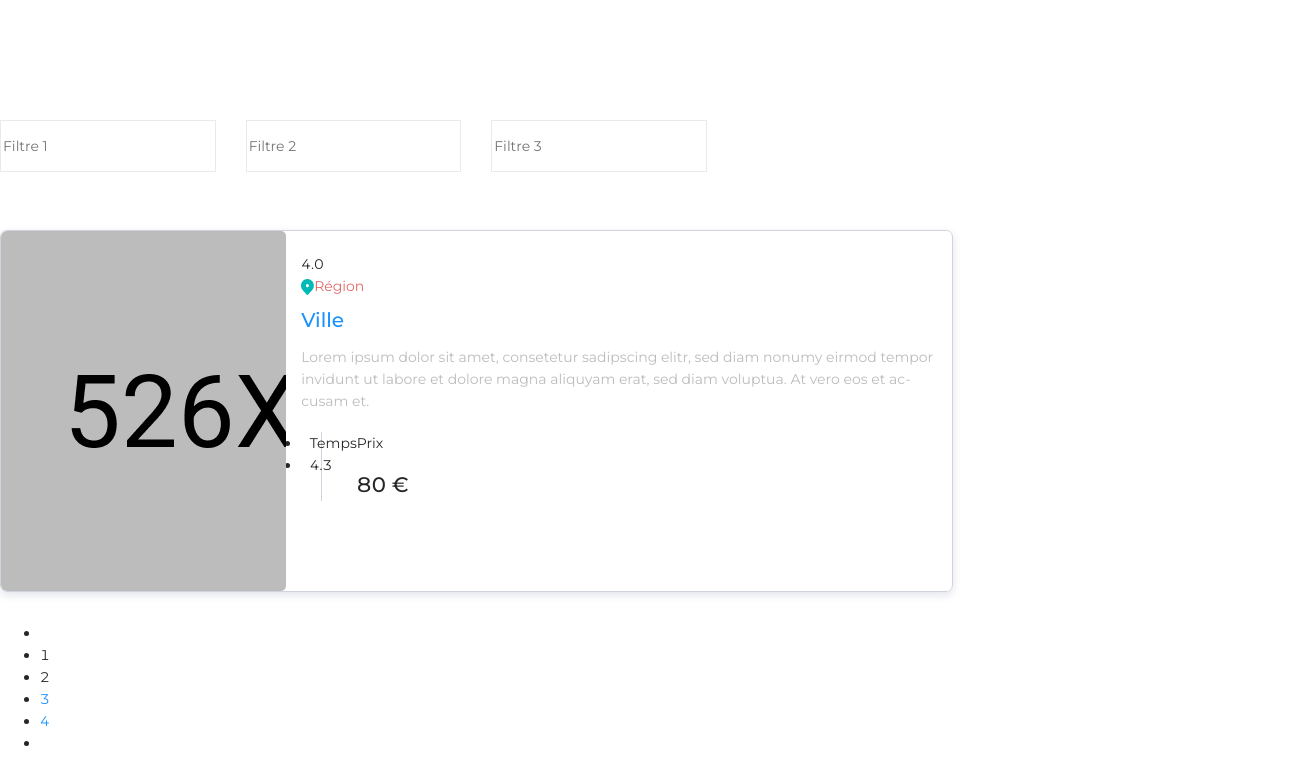
Repository: Emerson1220/projet-neofeel-lacapsule
Page: /roadPlanner (app in reactapp/)
These files come from the project's save history. The page is drawn as it stood at one moment and after the next save; the edit follows.
The browser window is 1280 px wide. The page is 1295 px wide, so the pictures cover 1295 px, including what lies to the right of the window. The pictures show the whole page.
The project was rebuilt for these pictures with package versions that can differ from the ones it lists, and the page was loaded fresh each time. Also part of the build but not shown: reactapp/src/Nav.js, reactapp/src/ScreenHome.js.

Above is the page before, as saved 2021-05-18 12:00:10.

After the next save:
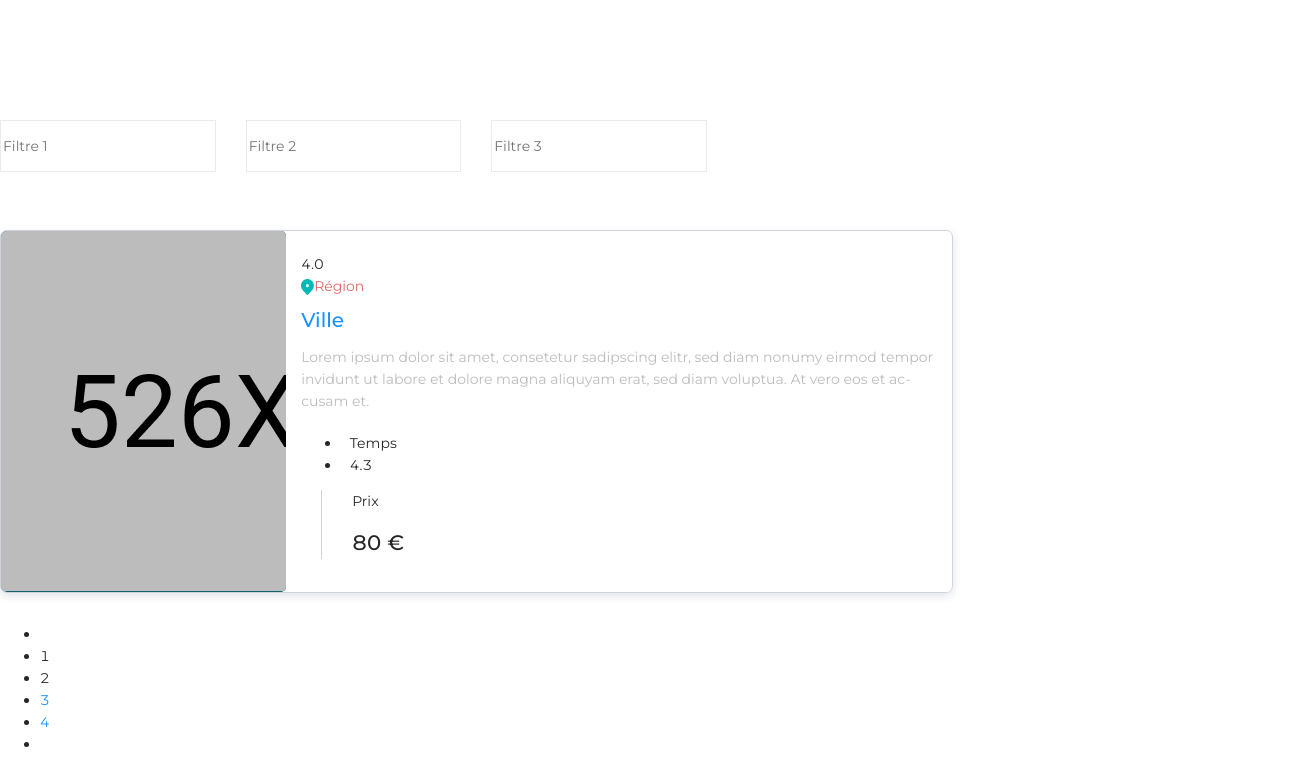
Saved 23 s later.
--- a/reactapp/src/screens/ScreenRoadPlanner.js
+++ b/reactapp/src/screens/ScreenRoadPlanner.js
@@ -59,7 +59,7 @@ function ScreenRoadPlanner() {
                                         <p style={ styles.card_content } >Lorem ipsum dolor sit amet, consetetur sadipscing elitr, sed diam nonumy eirmod tempor invidunt ut labore et dolore magna aliquyam erat, sed diam voluptua. At vero eos et accusam et.</p>
 
                                         <div style={ styles.liste_price }>
-                                            <ul style={ styles.liste_price_content }>
+                                            <ul style={ styles.liste_price_content, styles.lliste_price_li }>
                                                 <li style={ styles.lliste_price_li }><i style={ styles.icons_fa }/> Temps</li>
                                                 <li style={ styles.lliste_price_li }><i style={ styles.icons_fa }/> 4.3</li>
                                             </ul>
